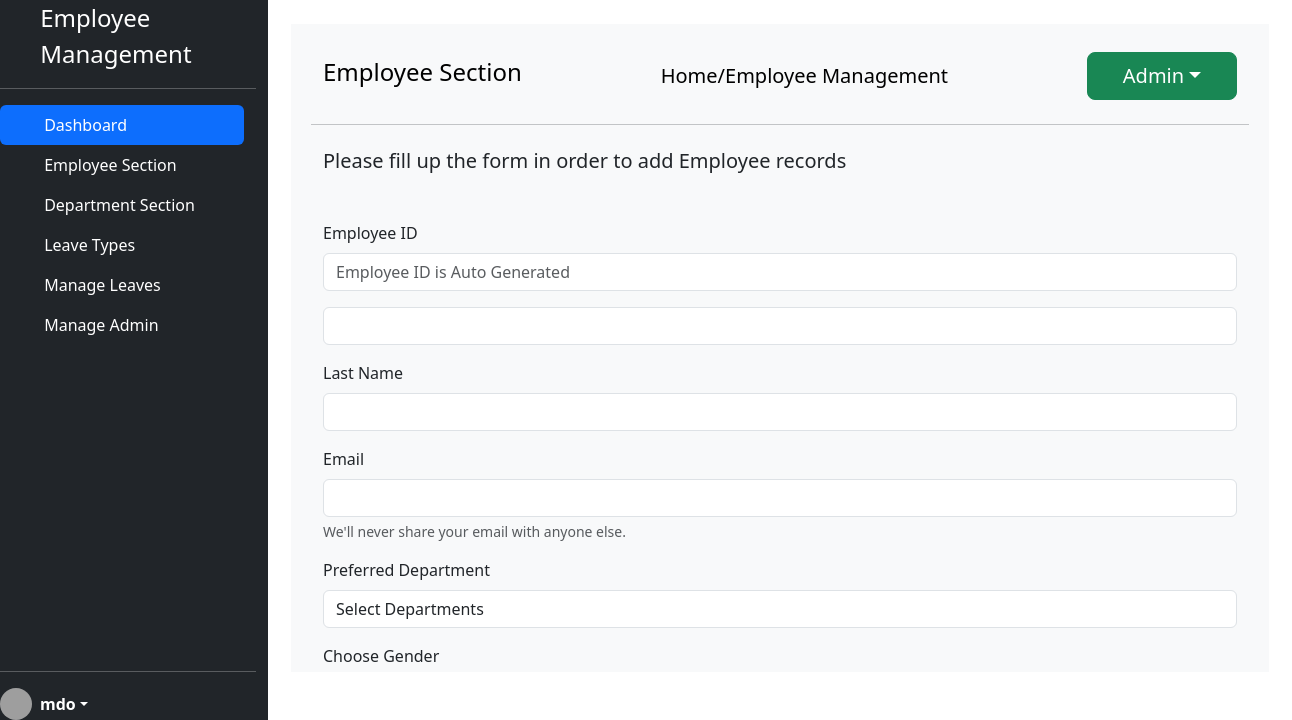
Repository: Ashish4910/Leave-Application-Management
Page: http://localhost/Employee_management/Admin/Add_Employee.jsp
The author's editor kept a copy of each file at every save. The page is drawn from the files as they stood at one save, then again after the next save.
The browser window is 1280 px wide. The page is 1292 px wide, so the pictures cover 1292 px, including what lies to the right of the window. The pictures show the whole page.
Pictures or frames that could not be fetched are drawn as grey boxes. An inner scrolling area shows only its first screen. The page is served by Tomcat 9. Other server files are loaded and not shown. Queries for data that is not in the repository find no rows.

Above is the page before, as saved 2023-12-06 04:40:38.

### Employee Management Project/Employee_management/src/main/webapp/Admin/Add_Employee.jsp
<!doctype html>
<%@page import="java.sql.Statement"%>
<%@page import="java.sql.ResultSet"%>
<%@page import="java.sql.PreparedStatement"%>
<%@page import="java.sql.DriverManager"%>
<%@page import="java.sql.Connection"%>
<html lang="en">
<head>
<meta charset="utf-8">
<meta name="viewport" content="width=device-width, initial-scale=1">
<title>Admin Dashboard</title>
<link
	href="https://cdn.jsdelivr.net/npm/bootstrap@5.3.2/dist/css/bootstrap.min.css"
	rel="stylesheet"
	integrity="sha384-T3c6CoIi6uLrA9TneNEoa7RxnatzjcDSCmG1MXxSR1GAsXEV/Dwwykc2MPK8M2HN"
	crossorigin="anonymous">

<style type="text/css">
.full-height-sidebar {
	height: 100vh;
	background-color: #111;
	color: white;
}

.custom-width {
	width: 280px;
}

.btn-wider {
	min-width: 150px;
}

/* Add CSS to make the right side content scrollable */
.right-content {
	overflow-y: auto;
	height: calc(100vh - 72px); /* Adjust the height as needed */
	padding: 20px;
}
</style>
<script>
	function validateForm() {
		// Add your validation logic here
		var firstName = document.getElementsByName("firstName")[0].value;
		var lastName = document.getElementsByName("lastName")[0].value;
		var email = document.getElementsByName("email")[0].value;
		var department = document.getElementsByName("department")[0].value;
		var gender = document.getElementsByName("gender")[0].value;
		var dob = document.getElementsByName("dob")[0].value;
		var contact = document.getElementsByName("contact")[0].value;
		var country = document.getElementsByName("country")[0].value;
		var address = document.getElementsByName("address")[0].value;
		var city = document.getElementsByName("city")[0].value;
		var password = document.getElementsByName("password")[0].value;

		// Perform validation checks
		if (firstName.trim() === "") {
			alert("First Name cannot be empty");
			return false;
		}

		if (lastName.trim() === "") {
			alert("Last Name cannot be empty");
			return false;
		}
		if (email.trim() === "") {
			alert("Last email cannot be empty");
			return false;
		}
		if (department.trim() === "") {
			alert("Last department cannot be empty");
			return false;
		}
		if (gender.trim() === "") {
			alert("Last gender cannot be empty");
			return false;
		}
		if (dob.trim() === "") {
			alert("Last dob cannot be empty");
			return false;
		}
		if (contact.trim() === "") {
			alert("Last contact cannot be empty");
			return false;
		}
		if (address.trim() === "") {
			alert("Last address cannot be empty");
			return false;
		}
		if (city.trim() === "") {
			alert("Last city cannot be empty");
			return false;
		}
		if (password.trim() === "") {
			alert("Last password cannot be empty");
			return false;
		}

		// Add more validation checks for other fields as needed

		// If all checks pass, call the code to generate the random code
		generateRandomCode();

		// Allow the form to be submitted
		return true;
	}

	function generateRandomCode() {
		// Define the prefix and generate a random 4-digit number
		var prefix = "MMIWFE";
		var randomCode = generateRandom4DigitNumber();

		// Combine the prefix and the random code
		var employeeId = prefix + randomCode;

		// Set the generated code to the input field
		document.getElementById("employeeId").value = employeeId;
	}

	function generateRandom4DigitNumber() {
		return String(Math.floor(1000 + Math.random() * 9000));
	}
</script>

<link rel="stylesheet"
	href="https://cdnjs.cloudflare.com/ajax/libs/font-awesome/6.2.1/css/all.min.css"
	integrity="sha512-MV7K8+y+gLIBoVD59lQIYicR65iaqukzvf/nwasF0nqhPay5w/9lJmVM2hMDcnK1OnMGCdVK+iQrJ7lzPJQd1w=="
	crossorigin="anonymous" referrerpolicy="no-referrer" />
</head>
<body>

	<div class="row">
		<div
			class="d-flex flex-column  text-bg-dark  col-lg-2 full-height-sidebar custom-width ">
			<a href="/"
				class="d-flex align-items-center mb-3 mb-md-0 me-md-auto text-white text-decoration-none">
				<svg class="bi pe-none me-2" width="40" height="32">
				<use xlink:href="#bootstrap"></use></svg> <span class="fs-4">Employee
					Management</span>
			</a>
			<hr>
			<ul class="nav nav-pills flex-column mb-auto container-fluid">
				<li class="nav-item"><a href="Admin_dashboard.jsp"
					class="nav-link active" aria-current="page"> <svg
							class="bi pe-none me-2" width="16" height="16">
						<use xlink:href="#home"></use></svg> Dashboard
				</a></li>
				<li><a href="Employee_Section.jsp" class="nav-link text-white">
						<svg class="bi pe-none me-2" width="16" height="16">
						<use xlink:href="#speedometer2"></use></svg> Employee Section
				</a></li>
				<li><a href="#" class="nav-link text-white"> <svg
							class="bi pe-none me-2" width="16" height="16">
						<use xlink:href="#table"></use></svg> Department Section
				</a></li>
				<li><a href="#" class="nav-link text-white"> <svg
							class="bi pe-none me-2" width="16" height="16">
						<use xlink:href="#grid"></use></svg> Leave Types
				</a></li>
				<li><a href="#" class="nav-link text-white"> <svg
							class="bi pe-none me-2" width="16" height="16">
						<use xlink:href="#people-circle"></use></svg> Manage Leaves
				</a></li>
				<li><a href="Manage_Admin.jsp" class="nav-link text-white">
						<svg class="bi pe-none me-2" width="16" height="16">
						<use xlink:href="#people-circle"></use></svg> Manage Admin
				</a></li>
			</ul>
			<hr>
			<div class="dropdown">
				<a href="#"
					class="d-flex align-items-center text-white text-decoration-none dropdown-toggle"
					data-bs-toggle="dropdown" aria-expanded="false"> <img
					src="https://github.com/mdo.png" alt="" width="32" height="32"
					class="rounded-circle me-2"> <strong>mdo</strong>
				</a>
				<ul class="dropdown-menu dropdown-menu-dark text-small shadow">
					<li><a class="dropdown-item" href="#">New project...</a></li>
					<li><a class="dropdown-item" href="#">Settings</a></li>
					<li><a class="dropdown-item" href="#">Profile</a></li>
					<li><hr class="dropdown-divider"></li>
					<li><a class="dropdown-item" href="#">Sign out</a></li>
				</ul>
			</div>
		</div>




		<!-- ==================================== Second Div Start ===================== -->
		<div class="container col-lg-9 bg-light mt-4 right-content">

			<div class="card-body">
				<nav class="navbar navbar-light bg-light">
					<div class="container-fluid">
						<a class="navbar-brand" href="#"><h4>Employee Section</h4></a> <a
							class="navbar-brand" href="#">Home/Employee Management</a>
						<!-- 	<button type="button" class="btn btn-primary"
							style="hight: 200px; width: 200px">Admin</button> -->



						<div class="dropdown nav-item ">
							<a class="btn btn-success dropdown-toggle btn-lg  btn-wider "
								href="#" role="button" data-bs-toggle="dropdown"
								aria-expanded="false">Admin</a>
							<ul class="dropdown-menu">
								<li><a class="dropdown-item" href="#">Log-Out</a></li>
							</ul>
						</div>
					</div>
				</nav>
			</div>

			<hr>
			<div class="container mt-4">
				<div class=" mt-3 mb-5">
					<h5>Please fill up the form in order to add Employee records</h5>
				</div>
				<form action="../Add_Employee" method="post"
					onsubmit="generateRandomCode(); return validateForm();">

					<!-- <div class="mb-3">
						<label for="exampleInputEmail1" class="form-label">Employee
							ID</label> <input type="text" class="form-control"
							aria-describedby="emailHelp" name="employeeId" disabled
							placeholder="Employee ID is Auto Generated ">
					</div> -->



					<div class="mb-3">
						<label for="exampleInputPassword1" class="form-label">Employee
							ID</label> <input type="text" class="form-control" id="employeeId"
							name="employeeId" readonly
							placeholder="Employee ID is Auto Generated">
					</div>



					<div class="mb-3">
						<input type="text" class="form-control" name="firstName">
						<span id="firstNameError" class="error-message"></span>
					</div>


					<div class="mb-3">
						<label for="exampleInputPassword1" class="form-label">Last
							Name</label> <input type="text" class="form-control" name="lastName">
					</div>
					<div class="mb-3">
						<label for="exampleInputPassword1" class="form-label">Email</label>
						<input type="email" class="form-control" name="email">
						<div id="emailHelp" class="form-text">We'll never share your
							email with anyone else.</div>
					</div>
					<div class="mb-3">
						<label for="exampleInputPassword1" class="form-label">Preferred
							Department</label> <select name="department" class="form-control"
							placeholder="Please Select the Department">
							<option value="">Select Departments</option>
							<%
							try {
								Class.forName("com.mysql.cj.jdbc.Driver");
								Connection conn = DriverManager
								.getConnection("jdbc:mysql://localhost:3306/employee_management?user=root&password=root123@");
								String sql = "Select * from departments";
								Statement pstmt = conn.createStatement();
								ResultSet rs = pstmt.executeQuery(sql);
								while (rs.next()) {
							%>
							<option value="<%=rs.getString("Department_Name")%>"><%=rs.getString("Department_Name")%></option>
							<%
							}
							%>

							<%
							} catch (Exception e) {
							e.printStackTrace();

							}
							%>

						</select>
					</div>

					<div class="mb-3">
						<label for="exampleInputPassword1" class="form-label">Choose
							Gender</label> <select name="gender" class="form-control"
							placeholder="Please Select the Gender">
							<option value="">Select Gender</option>
							<option value="male">Male</option>
							<option value="female">Female</option>
							<option value="other">Other</option>
						</select>
					</div>

					<div class="mb-3">
						<label for="exampleInputPassword1" class="form-label">DOB</label>
						<input type="date" class="form-control" name="dob">
					</div>

					<div class="mb-3">
						<label for="exampleInputPassword1" class="form-label">Contact
							Number</label> <input type="number" class="form-control" name="contact">
					</div>

					<div class="mb-3">
						<label for="exampleInputPassword1" class="form-label">Country</label>
						<input type="text" class="form-control" name="country">
					</div>

					<div class="mb-3">
						<label for="exampleInputPassword1" class="form-label">Address
						</label> <input type="text" class="form-control" name="address">
					</div>
					<div class="mb-3">
						<label for="exampleInputPassword1" class="form-label">City</label>
						<input type="text" class="form-control" name="city">
					</div>
					<h3>Set password for Employee Login</h3>
					<div class="mb-3">
						<label for="exampleInputPassword1" class="form-label">Password</label>
						<input type="password" class="form-control" name="password">
					</div>





					<button type="submit" class="btn btn-primary">Process</button>
				</form>

			</div>
		</div>




		<!-- 	========================second div end ========================= -->
	</div>




	<script>
		function generateRandomCode() {
			// Define the prefix and generate a random 4-digit number
			var prefix = "MMIWFE";
			var randomCode = generateRandom4DigitNumber();

			// Combine the prefix and the random code
			var employeeId = prefix + randomCode;

			// Set the generated code to the input field
			document.getElementById("employeeId").value = employeeId;
		}

		function generateRandom4DigitNumber() {
			return String(Math.floor(1000 + Math.random() * 9000));
		}
	</script>




	<script
		src="https://cdn.jsdelivr.net/npm/bootstrap@5.3.2/dist/js/bootstrap.bundle.min.js"
		integrity="sha384-C6RzsynM9kWDrMNeT87bh95OGNyZPhcTNXj1NW7RuBCsyN/o0jlpcV8Qyq46cDfL"
		crossorigin="anonymous"></script>
</body>
</html>

After the next save:
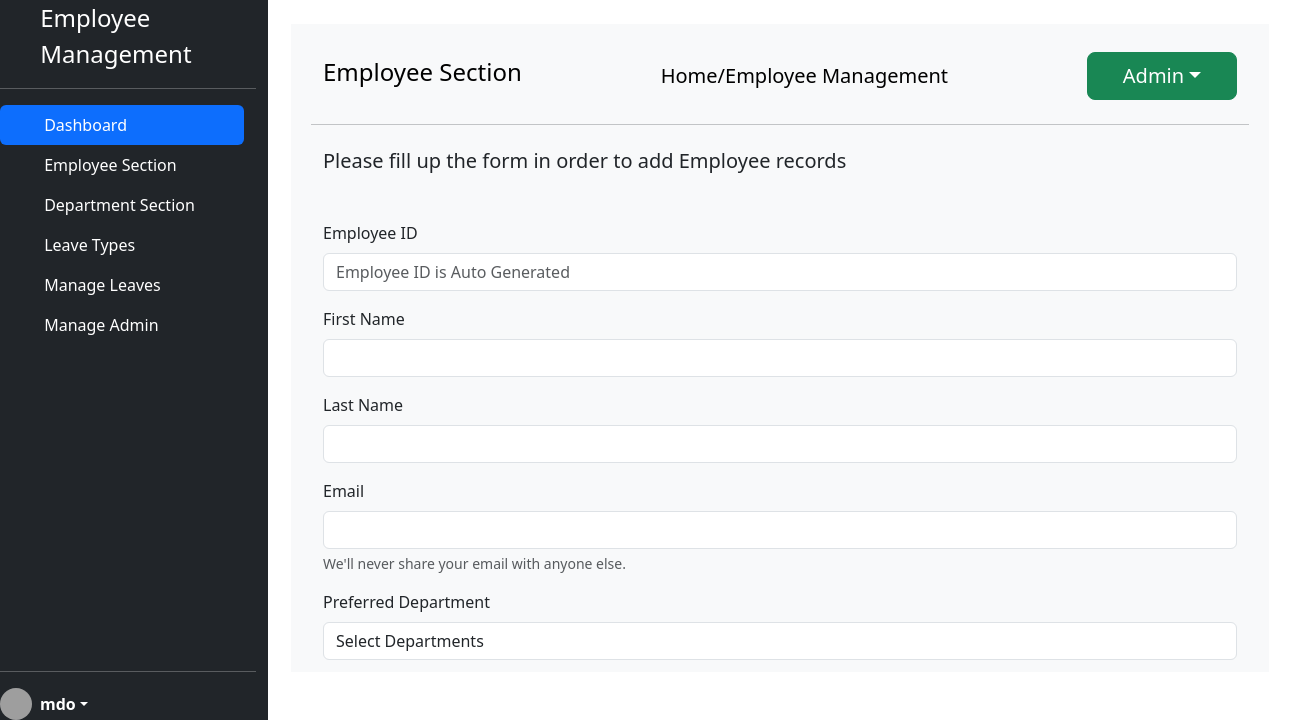
Saved 36 s later.
--- a/Employee Management Project/Employee_management/src/main/webapp/Admin/Add_Employee.jsp
+++ b/Employee Management Project/Employee_management/src/main/webapp/Admin/Add_Employee.jsp
@@ -238,7 +238,8 @@
 
 
 					<div class="mb-3">
-						<input type="text" class="form-control" name="firstName">
+						<label for="exampleInputPassword1" class="form-label">First
+							Name</label> <input type="text" class="form-control" name="firstName">
 						<span id="firstNameError" class="error-message"></span>
 					</div>
 
